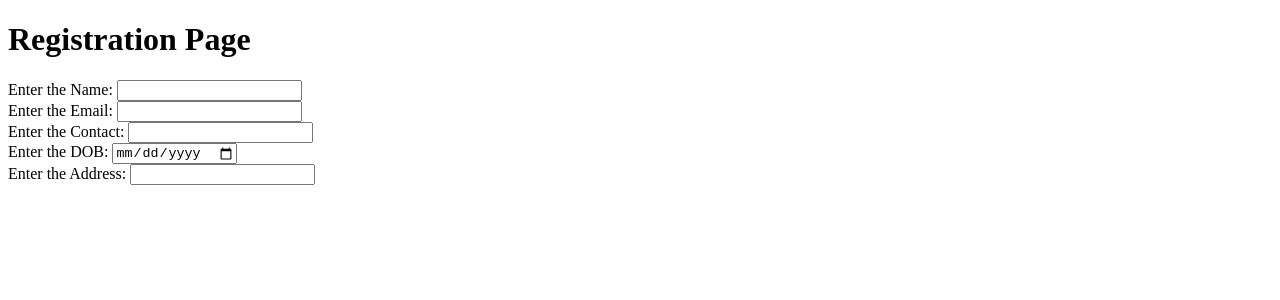
Repository: Pradeep4802/utopiatech
Page: eclipse-workspace/OwnServlet/src/main/webapp/Home.html
The author's editor kept a copy of each file at every save. The page is drawn from the files as they stood at one save, then again after the next save.
The browser window is 1280 px wide. The pictures show the whole page.

Above is the page before, as saved 2023-10-09 08:56:16.

After the next save:
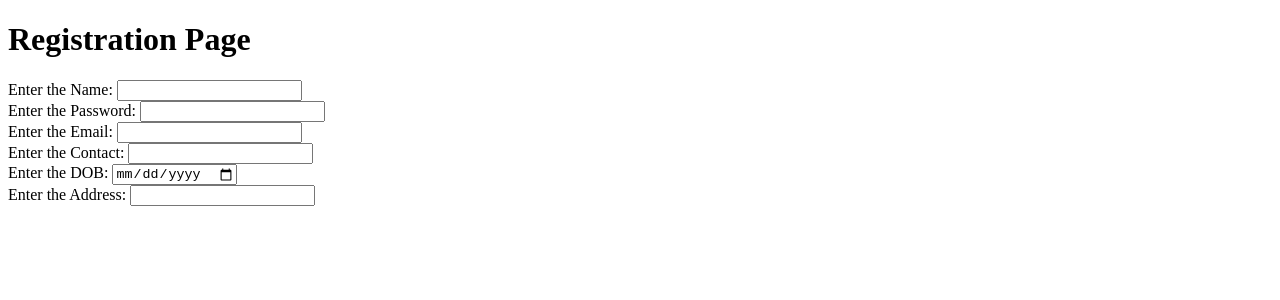
Saved 36 s later.
--- a/eclipse-workspace/OwnServlet/src/main/webapp/Home.html
+++ b/eclipse-workspace/OwnServlet/src/main/webapp/Home.html
@@ -11,6 +11,8 @@
 
 			<label for="user_name">Enter the Name: <input type="text"
 				name="user_name" /></label><br>
+			<label for="user_pass">Enter the Password: <input type="password"
+				name="user_pass" /></label><br>
 			<label for="user_email">Enter the Email: <input type="email"
 				name="user_email" /></label><br>
 			<label for="user_contact">Enter the Contact: <input type="number"
